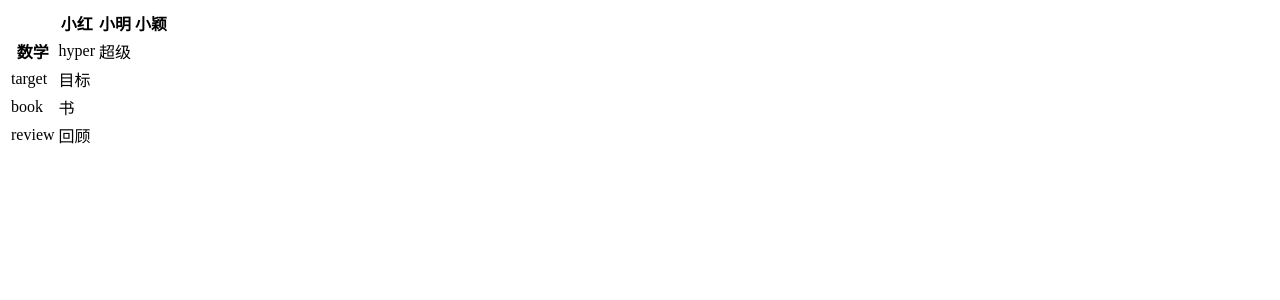
Repository: Lixianlai-2/html-demo-1
Page: table.html
An editor plug-in stored every save of this project. The page is shown before and after the next save, followed by the edit.
The browser window is 1280 px wide. The pictures show the whole page.

Above is the page before, as saved 2021-11-27 14:01:31.

### table.html
<!DOCTYPE html>
<html lang="en">
  <head>
    <meta charset="UTF-8" />
    <meta http-equiv="X-UA-Compatible" content="IE=edge" />
    <meta name="viewport" content="width=device-width, initial-scale=1.0" />
    <title>Document</title>
  </head>
  <body>
    <table>
      <thead>
        <tr>
          <th></th>
          <th>小红</th>
          <th>小明</th>
          <th>小颖</th>
        </tr>
      </thead>
      <tbody>
        <tr>
          <th>数学</th>
          <td>hyper</td>
          <td>超级</td>
        </tr>
        <tr>
          <td>target</td>
          <td>目标</td>
        </tr>
        <tr>
          <td>book</td>
          <td>书</td>
        </tr>
      </tbody>
      <tfoot>
        <tr>
          <td>review</td>
          <td>回顾</td>
        </tr>
      </tfoot>
    </table>
  </body>
</html>

After the next save:
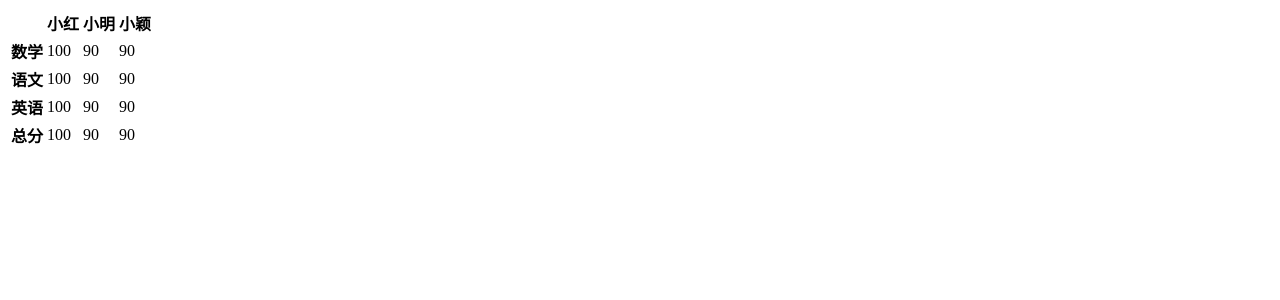
Saved 70 s later.
--- a/table.html
+++ b/table.html
@@ -19,22 +19,29 @@
       <tbody>
         <tr>
           <th>数学</th>
-          <td>hyper</td>
-          <td>超级</td>
+          <td>100</td>
+          <td>90</td>
+          <td>90</td>
         </tr>
         <tr>
-          <td>target</td>
-          <td>目标</td>
+          <th>语文</th>
+          <td>100</td>
+          <td>90</td>
+          <td>90</td>
         </tr>
         <tr>
-          <td>book</td>
-          <td>书</td>
+          <th>英语</th>
+          <td>100</td>
+          <td>90</td>
+          <td>90</td>
         </tr>
       </tbody>
       <tfoot>
         <tr>
-          <td>review</td>
-          <td>回顾</td>
+          <th>总分</th>
+          <td>100</td>
+          <td>90</td>
+          <td>90</td>
         </tr>
       </tfoot>
     </table>
